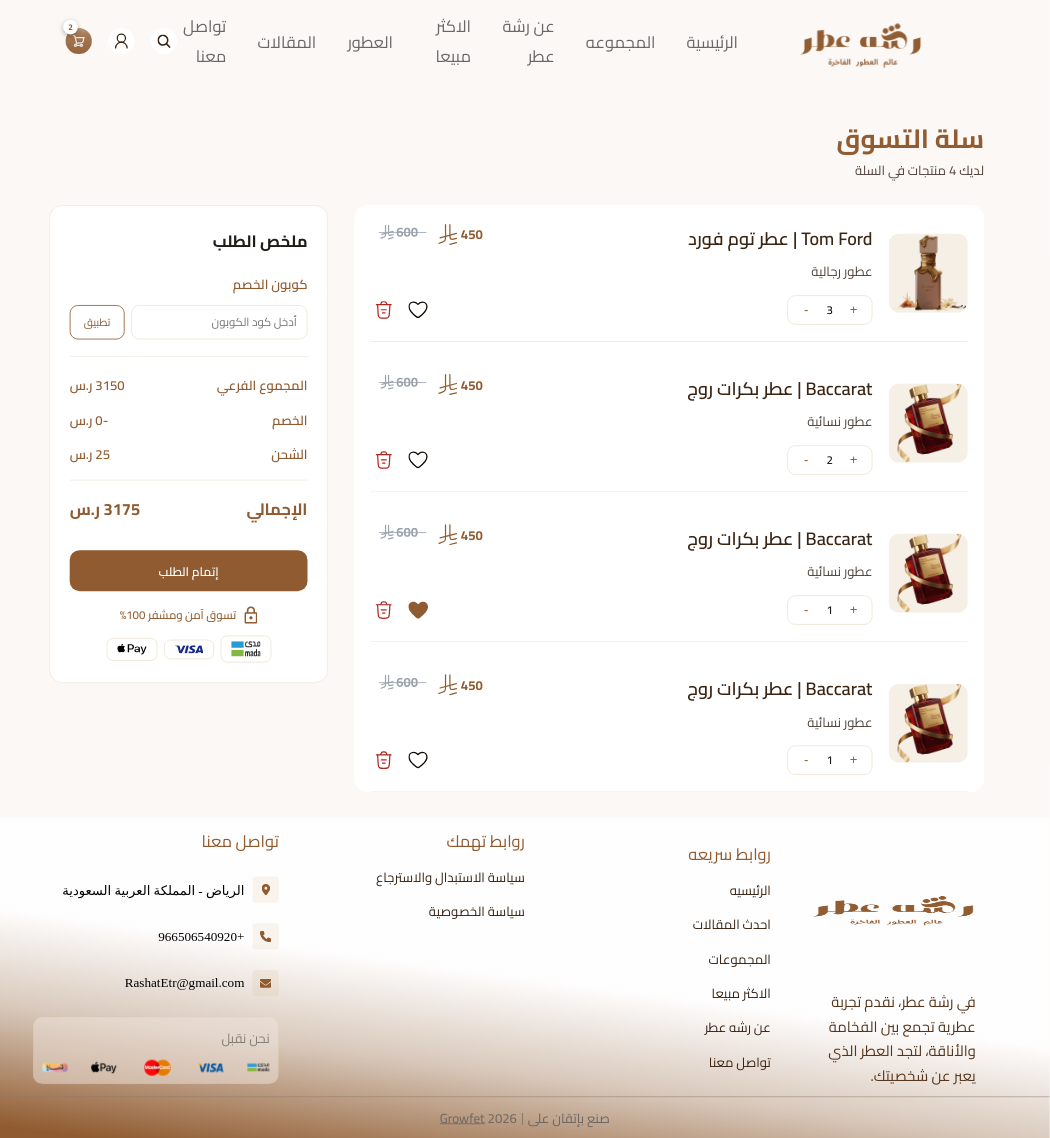
Repository: mahmoudesh74/rashet-3tr
Page: /ShoppingBasket
An editor plug-in stored every save of this project. The page is shown before and after the next save, followed by the edit.
The browser window is 1280 px wide. The pictures show the whole page, at 82% of full size.
Some web fonts or font styles are not loaded; a fallback is used. The project was rebuilt for these pictures with package versions that can differ from the ones it lists, and the page was loaded fresh each time. Also part of the build but not shown: vite.config.js, src/App.css, src/components/HeaderSection/Header.css, src/components/HeaderSection/Header.jsx, src/components/GroupSection/GroupSection.css, src/components/GroupSection/GroupSection.jsx, src/components/AboutSection/AboutSection.css, src/components/AboutSection/AboutSection.jsx and 35 more. Imported but missing from the stored project, and not drawn on this page: src/assets/vedio.mp4.

Above is the page before, as saved 2026-09-29 00:09:22.

### index.html
<!doctype html>
<html lang="ar" dir="rtl">
  <head>
    <meta charset="UTF-8" />
    <link rel="icon" type="image/svg+xml" href="/favicon.svg" />
    <meta name="viewport" content="width=device-width, initial-scale=1.0" />
    <title>rashet-3tr</title>
    <link rel="preconnect" href="https://fonts.googleapis.com">
<link rel="preconnect" href="https://fonts.gstatic.com" crossorigin>
<link href="https://fonts.googleapis.com/css2?family=Be+Vietnam+Pro:ital,wght@0,100;0,200;0,300;0,400;0,500;0,600;0,700;0,800;0,900;1,100;1,200;1,300;1,400;1,500;1,600;1,700;1,800;1,900&family=Cairo:wght@200..1000&family=IBM+Plex+Sans:ital,wght@0,100..700;1,100..700&family=Kameron:wght@400..700&family=Noto+Rashi+Hebrew:wght@100..900&family=Plus+Jakarta+Sans:ital,wght@0,200..800;1,200..800&family=Roboto:ital,wght@0,100..900;1,100..900&family=Tajawal:wght@200;300;400;500;700;800;900&display=swap" rel="stylesheet">
    <link rel="preconnect" href="https://fonts.googleapis.com">
<link rel="preconnect" href="https://fonts.gstatic.com" crossorigin>
<link href="https://fonts.googleapis.com/css2?family=Be+Vietnam+Pro:ital,wght@0,100;0,200;0,300;0,400;0,500;0,600;0,700;0,800;0,900;1,100;1,200;1,300;1,400;1,500;1,600;1,700;1,800;1,900&family=Cairo:wght@200..1000&family=IBM+Plex+Sans:ital,wght@0,100..700;1,100..700&family=Kameron:wght@400..700&family=Noto+Rashi+Hebrew:wght@100..900&family=Plus+Jakarta+Sans:ital,wght@0,200..800;1,200..800&display=swap" rel="stylesheet">
    <link rel="preconnect" href="https://fonts.googleapis.com">
<link rel="preconnect" href="https://fonts.gstatic.com" crossorigin>
<link href="https://fonts.googleapis.com/css2?family=Be+Vietnam+Pro:ital,wght@0,100;0,200;0,300;0,400;0,500;0,600;0,700;0,800;0,900;1,100;1,200;1,300;1,400;1,500;1,600;1,700;1,800;1,900&family=Cairo:wght@200..1000&family=IBM+Plex+Sans:ital,wght@0,100..700;1,100..700&family=Kameron:wght@400..700&display=swap" rel="stylesheet">
 <link rel="preconnect" href="https://fonts.googleapis.com">
<link rel="preconnect" href="https://fonts.gstatic.com" crossorigin>
<link href="https://fonts.googleapis.com/css2?family=Be+Vietnam+Pro:ital,wght@0,100;0,200;0,300;0,400;0,500;0,600;0,700;0,800;0,900;1,100;1,200;1,300;1,400;1,500;1,600;1,700;1,800;1,900&family=Cairo:wght@200..1000&family=IBM+Plex+Sans:ital,wght@0,100..700;1,100..700&family=Kameron:wght@400..700&family=Plus+Jakarta+Sans:ital,wght@0,200..800;1,200..800&display=swap" rel="stylesheet">
</head>
  <body>
    <div id="root"></div>
    <script type="module" src="/src/main.jsx"></script>
  </body>
</html>

### src/main.jsx
import React from "react";
import ReactDOM from "react-dom/client";
import { BrowserRouter } from "react-router-dom";
import App from "./App.jsx";
import "./styles/variables.css";
ReactDOM.createRoot(document.getElementById("root")).render(
  <React.StrictMode>
    <BrowserRouter>
      <App />
    </BrowserRouter>
  </React.StrictMode>
);

### src/App.jsx
import "./App.css";
import HomePage from "./pages/HomePage/homePag";
import NavBar from "./components/NavBar/NavBar";
import Footer from "./components/Footer/Footer";
import { Routes, Route } from "react-router-dom";
import GroupPage from "./pages/GroupPage/GroupPage";
import GroupCatalog from "./pages/groupCatalog/groupCatalog";
import AboutRashetEtr from "./pages/AboutRashetEtr/AboutRashetEtr";
import PrivacyPolicyPage from "./pages/PrivacyPolicy/privacyPolicy"
import PolicyReplace from "./pages/PolicyReplace/PolicyReplace"
import ContactUs from "./pages/ContactUs/ContactUs"
import PerfumePage from "./pages/perfumePage/perfumePage"
import ProductDetailsPage from "./pages/PerfumeDetails/PerfumeDetails"
import ShoppingBasket from "./pages/ShoppingBasket/ShoppingBasket"
function App() {
  return (
    <>
      <NavBar />

      <Routes>
        <Route path="/" element={<HomePage />} />
        <Route path="/GroupPage" element={<GroupPage />} />
        <Route path="/GroupCatalog/:id" element={<GroupCatalog />} />
        <Route path="/AboutRashetEtr" element={<AboutRashetEtr />} />
        <Route path="/PrivacyPolicyPage" element={<PrivacyPolicyPage />} />
        <Route path="/PolicyReplace" element={<PolicyReplace />} />
        <Route path="/ContactUs" element={<ContactUs />} />
        <Route path="/PerfumePage" element={<PerfumePage />} />
        <Route path="/PerfumeDetails" element={<ProductDetailsPage />} />
        <Route path="/ShoppingBasket" element={<ShoppingBasket />} />






      </Routes>

      <Footer />
    </>
  );
}

export default App;

### src/pages/HomePage/homePage.css
*{
  padding: 0;
  margin: 0;
}
.HomePageHader {
  position: relative;
  width: 100%;
  height: 750px;

}

.HeaderBgVideo {
  position: absolute;
  top: 50%;
  left: 50%;
  min-width: 100%;
  min-height: 100%;
  width: auto;
  height: auto;
  transform: translate(-50%, -50%);
  object-fit: cover;
  z-index: -1;
}

.HeaderContent {
  position: relative;
  z-index: 1;
}

### src/components/NavBar/NavBar.module.css
.navbar {
  width: 100%;
  background-color:  #FBF8F5E5;
  height: 100px;

  position: absolute;
  top: 0;
  right: 0;
  left: 0;
  z-index: 100;
}

.container {
  height: 100px;
  display: flex;
  align-items: center;
  justify-content: space-evenly;
  padding-top: 16px;
  padding-bottom: 16px;
  padding-left: 80px;
  padding-right: 80px;
}
.logoImage {
  width: auto;
  height: 300px;
  object-fit: contain;
  scale: crop;
}

.links {
  align-items: center;
  gap: 38px;
  list-style: none;
  margin: 0;
  padding: 0;
}

@media (min-width: 768px) {
  .links {
    display: flex;
  }
}

.link {
  font-size: 20px;
  color: #696767;
  text-decoration: none;
  padding-bottom: 4px;
  font-family: "cairo";
  font-weight: 400;
}



.icons {
  display: flex;
  align-items: center;
  gap: 20px;
  flex-shrink: 0;
}
.search {
  display: flex;
  align-items: center;
  width: 32px;
  height: 32px;
  border-radius: 50%;
  background-color: #FFFFFF;
  justify-content: center;
  cursor: pointer;
}
.profile {
  cursor: pointer;
  display: flex;
  align-items: center;
  width: 32px;
  height: 32px;
  border-radius: 50%;
  background-color: #FFFFFF;
  justify-content: center;
}

.cart {
  position: relative;
  cursor: pointer;
  display: flex;
  align-items: center;
  justify-content: center;
  width: 32px;
  height: 32px;
  border-radius: 50%;
  background: linear-gradient(
    180deg,
    #ba987c 0%,
    #a57956 27.68%,
    #905B30 125.82%
  );
}

.cartCount {
  position: absolute;
  top: -10px;
  left: -3px;
  width: 18px;
  height: 18px;
  display: flex;
  align-items: center;
  justify-content: center;
  border-radius: 50%;
  background: #fff;
  color: #905B30;
  font-size: 10px;
  font-weight: 700;
  font-family: "cairo";
  box-shadow: 0 2px 6px #0000004d;
}
.link {
  position: relative;
  text-decoration: none;
}

.link::after {
  content: "";
  position: absolute;
  bottom: -8px;
  left: 0;
  width: 0;
  height: 3px;
  background-color: #905B30;
  transition: width 0.3s ease;
}

.link:hover::after {
  width: 100%;
}



@media (max-width: 1024px) {
  .navbar,
  .container {
    height: 90px;
  }
  .logoImage {
    height: 220px;
  }
  .links {
    gap: 22px;
  }
  .link {
    font-size: 16px;
  }
}

@media (max-width: 767px) {
  .navbar,
  .container {
    height: 70px;
  }
  .logoImage {
    height: 160px;
  }
  .icons {
    gap: 14px;
  }
  .search,
  .profile,
  .cart {
    width: 28px;
    height: 28px;
  }
}

@media (max-width: 480px) {
  .navbar,
  .container {
    height: 60px;
  }
  .logoImage {
    height: 120px;
  }
}

### src/components/Footer/Footer.css
.Footer {
  width: 100%;
  height: auto;
  background: linear-gradient(7.52deg, #905B30 2.66%, rgba(178, 147, 120, 0.5) 28.7%, rgba(212, 203, 192, 0) 50%),
    linear-gradient(0deg, rgba(251, 248, 245, 0.2), rgba(251, 248, 245, 0.2));
}
.row {
  width: 100%;
  display: flex;
  padding: 10px 40px 10px 40px;
}
.LogoContainer {
  display: flex;
  width: 25%;
  flex-direction: column;
  align-items: center;
  justify-content: center;
}
.LogoContainer img {
  width: 400px;
  height: 200px;
}
.LogoContainer p {
  max-width: 200px;
  font-family: "Cairo";
  font-size: 18px;
  font-weight: 400;
  color: #56371D;
  line-height: 30px;
}
.LinksContainer {
  width: 25%;
  gap: 10px;
  display: flex;
  flex-direction: column;

  justify-content: center;
}
.LinksContainer h3 {
  font-size: 20px;
  font-weight: 400;
  font-family: "Cairo";
  color: #905B30;
}
.LinksContainer a {
  font-size: 16px;
  font-weight: 400;
  color: #3A2413;
  font-family: "Cairo";
  text-decoration: none;
}
.ownLinks {
  width: 25%;
  gap: 10px;
  display: flex;
  flex-direction: column;

}
.ownLinks h3 {
  font-size: 20px;
  font-weight: 400;
  font-family: "Cairo";
  color: #905B30;
}
.ownLinks a {
  font-size: 16px;
  font-weight: 400;
  color: #3A2413;
  font-family: "Cairo";
  text-decoration: none;
}
.contactWithUs {
  width: 25%;
  gap: 25px;
  display: flex;
  flex-direction: column;

}
.contactWithUs h3 {
  font-size: 20px;
  font-weight: 400;
  font-family: "Cairo";
  color: #905B30;
}
.location {
  display: flex;
  align-items: center;
  gap: 10px;
}
.locationIcon {
  display: flex;
  align-items: center;
  justify-content: center;
  width: 32px;
  height: 32px;
  background-color: #C5A0591A;
  border-radius: 4px;
}
.phoneIcon {
  display: flex;
  align-items: center;
  justify-content: center;
  width: 32px;
  height: 32px;
  background-color: #C5A0591A;
  border-radius: 4px;
}


.linkItem {
  display: flex;
  flex-direction: column;
  align-items: flex-start;
  width: fit-content;
}

.FooterLine {
  height: 2px;
  width: 20px;
  background-color: #905B30;
  border-radius: 8px;


  opacity: 0;
  transform: scaleX(0);
  transform-origin: right;
  transition: opacity 0.2s ease, transform 0.2s ease;
}

.linkItem:hover .FooterLine {
  opacity: 1;
  transform: scaleX(1);
}
.makeby{
    align-items: center;
    justify-content: center;
    display: flex;
    border-top: 1px solid #8A7A6A80;

   padding: 10px 0 10px 0;
    gap: 5px;
    color: #6B6764;

}
.makeby p{
    font-size: 16px ;
    font-weight: 400;
    font-family: "Cairo";
    color: #6B6764;
}
.payed{
    height:82px;
    width: 100%;
    background-color: #EFE6DD80;
    border: 1px solid #C5A0591A;
    border-radius: 12px;

}
.payed p{
  margin: 0;
  padding: 10px;
    font-family: "Cairo";
    font-size: 16px;
    font-weight: 400;
    color: #2D292680;
}
.payrow {
    display: flex;
    justify-content: space-between;
    gap: 20px;
    padding: 0 10px 0 10px;
}

### src/pages/ShoppingBasket/ShoppingBasket.css
.cart-page {
    margin-top: 100px;
    padding: 50px 80px 31px 60px;
    direction: rtl;
    font-family: "Cairo";
    color: #1a1a1a;
    background-color: #FBF8F5;
}

.cart-page-header {
  margin-bottom: 28px;
}

.cart-page-header h1 {
  margin: 0 0 6px;
  font-size: 32px;
  font-weight: 700;
  font-family: "Cairo";
  line-height: 36px;
  color: #915C32;
}

.cart-page-header p {
  margin: 0;
  font-size: 16px;
  font-weight: 400;
  font-family: "Cairo";
  color: #51443C;
}

.cart-page-layout {
  display: grid;
  grid-template-columns:  1fr 340px;
  gap: 32px;
  align-items: start;
}

/* ---------- Order summary ---------- */
.cart-summary {
  background: #ffffff;
  border: 1px solid #f0e9df;
  border-radius: 16px;
  padding: 24px;
  position: sticky;
  top: 140px;
}

.cart-summary-title {
  margin: 0 0 20px;
  font-size: 20px;
  font-weight: 700;
  color: #1e1b18;
}

.cart-coupon {
  padding-bottom: 20px;
  margin-bottom: 20px;
  border-bottom: 1px solid #f0e9df;
}

.cart-coupon-label {
  display: block;
  font-size: 16px;
  font-weight: 600;
  font-family: "Cairo";
  color: #905B30;
  margin-bottom: 10px;
}

.cart-coupon-input-row {
  display: flex;
  gap: 8px;
}

.cart-coupon-input-row input {
  flex: 1;
  height: 42px;
  border-radius: 10px;
  border: 1px solid #ede4d3;
  padding: 0 12px;
  font-family: "Cairo";
  font-size: 14px;
  outline: none;
}

.cart-coupon-input-row button {
  height: 42px;
  padding: 0 16px;
  border-radius: 10px;
  border: 1px solid #905b30;
  background: #ffffff;
  color: #905b30;
  font-family: "Cairo";
  font-size: 13px;
  cursor: pointer;
}

.cart-coupon-applied {
  display: flex;
  align-items: center;
  gap: 8px;
  height: 42px;
  border-radius: 10px;
  border: 1px solid #ede4d3;
  padding: 0 12px;
  font-family: "Cairo";
  font-size: 14px;
  color: #1a1a1a;
}

.cart-coupon-remove {
  border: none;
  background: transparent;
  color: #9ca3af;
  font-size: 18px;
  cursor: pointer;
  line-height: 1;
}

.cart-coupon-success {
  display: flex;
  align-items: center;
  gap: 6px;
  margin: 10px 0 0;
  font-size: 12px;
  color: #905b30;
}

.cart-coupon-error {
  margin: 10px 0 0;
  font-size: 12px;
  color: #d9534f;
}

.cart-summary-rows {
  display: flex;
  flex-direction: column;
  gap: 12px;
  margin-bottom: 16px;
}

.cart-summary-row {
  display: flex;
  align-items: center;
  justify-content: space-between;
  font-size: 14px;
}

.cart-summary-label {
 font-family: "Cairo";
 font-size: 16px;
 font-weight: 600;
 color: #905B30;
}

.cart-summary-value {
 font-family: "Cairo";
 font-size: 16px;
 font-weight: 600;
 color: #905B30;
 line-height: 24px;
}

.cart-summary-value--discount {
  color: #905B30;
}

.cart-summary-total {
  display: flex;
  align-items: center;
  justify-content: space-between;
  padding: 16px 0;
  margin-bottom: 16px;
  border-top: 1px solid #f0e9df;
}

.cart-summary-total-label {
   font-size: 20px;
  font-weight: 700;
  font-family: "Cairo";
  color: #905b30;
}

.cart-summary-total-value {
  font-size: 20px;
  font-weight: 700;
  font-family: "Cairo";
  color: #905b30;
}

.cart-checkout-btn {
  width: 100%;
  height: 50px;
  border-radius: 12px;
  border: none;
  background: #905b30;
  color: #ffffff;
  font-family: "Cairo";
  font-size: 15px;
  font-weight: 600;
  cursor: pointer;
  margin-bottom: 16px;
}

.cart-checkout-btn:hover {
  background: #7c4d27;
}

.cart-checkout-btn:disabled {
  opacity: 0.5;
  cursor: not-allowed;
}

.cart-secure-text {
  text-align: center;
  display: flex;
  justify-content: center;
  gap: 10px;
  font-size: 14px;
  font-weight: 500;
  color: #905B30;
  margin: 0 0 12px;
}

.cart-payment-badges {
  display: flex;
  align-items: center;
  justify-content: center;
  gap: 8px;
}

.cart-payment-badge {
    align-items: center;
    justify-content: center;
    display: flex;
  padding: 6px 12px;
  border-radius: 8px;
  border: 1px solid #ede4d3;


}

/* ---------- Cart items list ---------- */
.cart-items-list {
  display: flex;
  flex-direction: column;
  gap: 16px;
  border-radius: 16px;
  background-color: #ffffff;
}

.cart-empty-text {
  text-align: center;
  color: #9ca3af;
  padding: 60px 0;
}

.cart-item {
     display: flex;
    align-items: center;
    gap: 20px;
    background: #ffffff;
    border-top-left-radius: 16px;
    border-top-right-radius: 16px;
    margin: 0px 20px 0px 20px;
    border-bottom: 1px solid #f0e9df;
    padding: 20px 0px 20px 0px;
}


.cart-item-image {
  width: 96px;
  height: 96px;
  border-radius: 12px;
  overflow: hidden;
  background: #f5efe6;
  flex-shrink: 0;
}

.cart-item-image img {
  width: 100%;
  height: 100%;
  object-fit: cover;
}

.cart-item-content {
  flex: 1;
  display: flex;
  flex-direction: column;
  gap: 14px;
  min-width: 0;
}

.cart-item-top {
  display: flex;
  align-items: flex-start;
  justify-content: space-between;
  gap: 12px;
}

.cart-item-names h3 {
  margin: 0 0 4px;
  font-size: 22px;
  font-weight: 600;
  font-family: "Cairo";
  color: #3A2413;
}

.cart-item-names span {
  font-size: 16px;
  font-weight: 400;
  font-family: "Cairo";
  color: #51443C;
}

.cart-item-price {
  display: flex;
  align-items: center;
  justify-content: center;
  gap: 8px;
  flex-shrink: 0;
}

.cart-item-old-price {
  font-size: 13px;
  color: #9ca3af;
  text-decoration: line-through;
}

.cart-item-new-price {
  font-size: 16px;
  font-weight: 700;
  color: #905b30;
  display: flex;
  align-items: center;
  justify-content: center;
}

.cart-item-bottom {
  display: flex;
  align-items: center;
  justify-content: space-between;
}

.cart-item-qty {
  display: flex;
  align-items: center;
  gap: 12px;
  border: 1px solid #ede4d3;
  border-radius: 10px;
  padding: 4px 12px;
}

.cart-item-qty button {
  width: 20px;
  height: 20px;
  border: none;
  background: transparent;
  color: #905b30;
  font-size: 16px;
  line-height: 1;
  cursor: pointer;
  display: flex;
  align-items: center;
  justify-content: center;
}

.cart-item-qty span {
  font-size: 14px;
  font-weight: 600;
  min-width: 14px;
  text-align: center;
}

.cart-item-actions {
  display: flex;
  align-items: center;
  gap: 10px;
}

.cart-item-fav,
.cart-item-remove {
  width: 32px;
  height: 32px;
 border: none;
 background: none;

  display: flex;
  align-items: center;
  justify-content: center;
  cursor: pointer;
}

.cart-item-fav img,
.cart-item-remove img {
  width: 24px;
  height: 24px;
}

.cart-item-fav.is-active {
  border-color: #905b30;
}

/* ---------- Responsive ---------- */
@media (max-width: 1024px) {
  .cart-page {
    padding: 0 24px 60px;
  }
  .cart-page-layout {
    grid-template-columns: 1fr;
  }
  .cart-summary {
    position: static;
    order: 2;
  }
  .cart-items-list {
    order: 1;
  }
}

@media (max-width: 600px) {
  .cart-item {
    flex-direction: column;
    align-items: stretch;
  }
  .cart-item-image {
    width: 100%;
    height: 160px;
  }
}

### src/pages/LoginPage/LoginPage.css
* {
  box-sizing: border-box;
}

.login-card {
  position: relative;
  background: #FFFFFF;
  width: 100%;
  border-radius: 20px;
  padding: 48px 44px;
}

.login-close {
  position: absolute;
  top: 16px;
  left: 16px;
  width: 32px;
  height: 32px;
  border-radius: 50%;
  border: none;
  background: #f3ede1;
  color: #6b6258;
  font-size: 20px;
  line-height: 1;
  cursor: pointer;
  display: flex;
  align-items: center;
  justify-content: center;
  transition: background 0.15s ease;
}

.login-close:hover {
  background: #e4dccb;
}

.login-title {
  font-size: 24px;
  font-weight: 700;
  font-family: "Cairo";
  color: #3a2413;
  text-align: center;
  margin: 0;
}

.login-subtitle {
  text-align: center;
  color: #717182;
  font-size: 16px;
  font-weight: 400;
  font-family: "SF Pro";
  margin-top: 8px;
  margin-bottom: 32px;
}

.google-btn {
  width: 100%;
  display: flex;
  align-items: center;
  justify-content: center;
  gap: 10px;
  padding: 14px;
  border: 2px solid #1a71f6;
  border-radius: 12px;
  background: #FFFFFF;
  color: #1a71f6;
  font-family: "Plus Jakarta Sans";
  font-size: 14px;
  font-weight: 700;
  cursor: pointer;
  transition: background 0.15s ease;
}

.divider {
  display: flex;
  align-items: center;
  gap: 14px;
  margin: 28px 0;
  color: #323130;
  font-size: 12px;
  font-weight: 700;
  font-family: "Plus Jakarta Sans";
}

.divider-line {
  flex: 1;
  height: 0.5px;
  background: #1a71f6;
}

.field {
  margin-bottom: 20px;
}

.field-label {
  display: block;
  font-size: 14px;
  font-weight: 700;
  color: #323130;
  font-family: "Plus Jakarta Sans";
  margin-bottom: 8px;
}

.text-input {
  width: 100%;
  padding: 14px 16px;
  border: 1.6px solid #d1d1d1;
  border-radius: 16px;
  font-family: "Plus Jakarta Sans";
  font-size: 14px;
  font-weight: 400;
  color: #333333;
  background: #FFFFFF;
  outline: none;
  transition: border-color 0.15s ease;
}

.text-input:focus {
  border-color: #a8642f;
}

.text-input::placeholder {
  color: #737373;
  font-family: "Plus Jakarta Sans";
  font-weight: 400;
  font-size: 14px;
}

.password-wrap {
  position: relative;
}

.password-wrap .text-input {
  padding-left: 44px;
}

.toggle-eye {
  position: absolute;
  left: 14px;
  top: 50%;
  transform: translateY(-50%);
  background: none;
  border: none;
  cursor: pointer;
  color: #6b6258;
  display: flex;
  padding: 0;
}

.toggle-eye svg {
  width: 20px;
  height: 20px;
}

.form-row {
  display: flex;
  align-items: center;
  justify-content: space-between;
  margin-bottom: 28px;
  font-size: 14px;
}

.remember-label {
  display: flex;
  align-items: center;
  gap: 8px;
  color: #333333;
  font-size: 14px;
  font-weight: 700;
  font-family: "Plus Jakarta Sans";
  cursor: pointer;
}

.remember-checkbox {
  width: 17px;
  height: 17px;
  accent-color: #905B30;
  cursor: pointer;
}

.forgot-link {
  color: #1a71f6;
  font-size: 14px;
  font-family: "Plus Jakarta Sans";
  font-weight: 700;
}

.forgot-link:hover {
  text-decoration: underline;
}

.submit-btn {
  width: 100%;
  padding: 15px;
  border: none;
  border-radius: 12px;
  background: #905B30;
  color: #FFFFFF;
  font-family: "Plus Jakarta Sans";
  font-size: 14px;
  font-weight: 700;
  cursor: pointer;
  transition: background 0.15s ease;
}

.submit-btn:hover {
  background: #8b5024;
}

.footer-text {
  text-align: center;
  margin-top: 22px;
  font-size: 14px;
  font-family: "Plus Jakarta Sans";
  font-weight: 400;
  color: #323130;
}





/* Responsive */
@media (max-width: 600px) {
  .login-card {
    padding: 32px 24px;
    border-radius: 16px;
  }

  .login-title {
    font-size: 24px;
  }

  .login-subtitle {
    font-size: 14px;
    margin-bottom: 24px;
  }

  .google-btn {
    padding: 12px;
    font-size: 14px;
  }

  .text-input {
    padding: 12px 14px;
    font-size: 14px;
  }

  .password-wrap .text-input {
    padding-left: 40px;
  }

  .form-row {
    flex-wrap: wrap;
    gap: 10px;
  }

  .submit-btn {
    padding: 13px;
    font-size: 15px;
  }
}

@media (max-width: 360px) {
  .login-card {
    padding: 24px 18px;
  }

  .login-title {
    font-size: 21px;
  }
}

Loaded but not shown: src/pages/ShoppingBasket/ShoppingBasket.jsx (289 lines, source omitted); src/components/Footer/Footer.jsx (169 lines, source omitted); src/components/NavBar/NavBar.jsx (173 lines, source omitted)

After the next save:
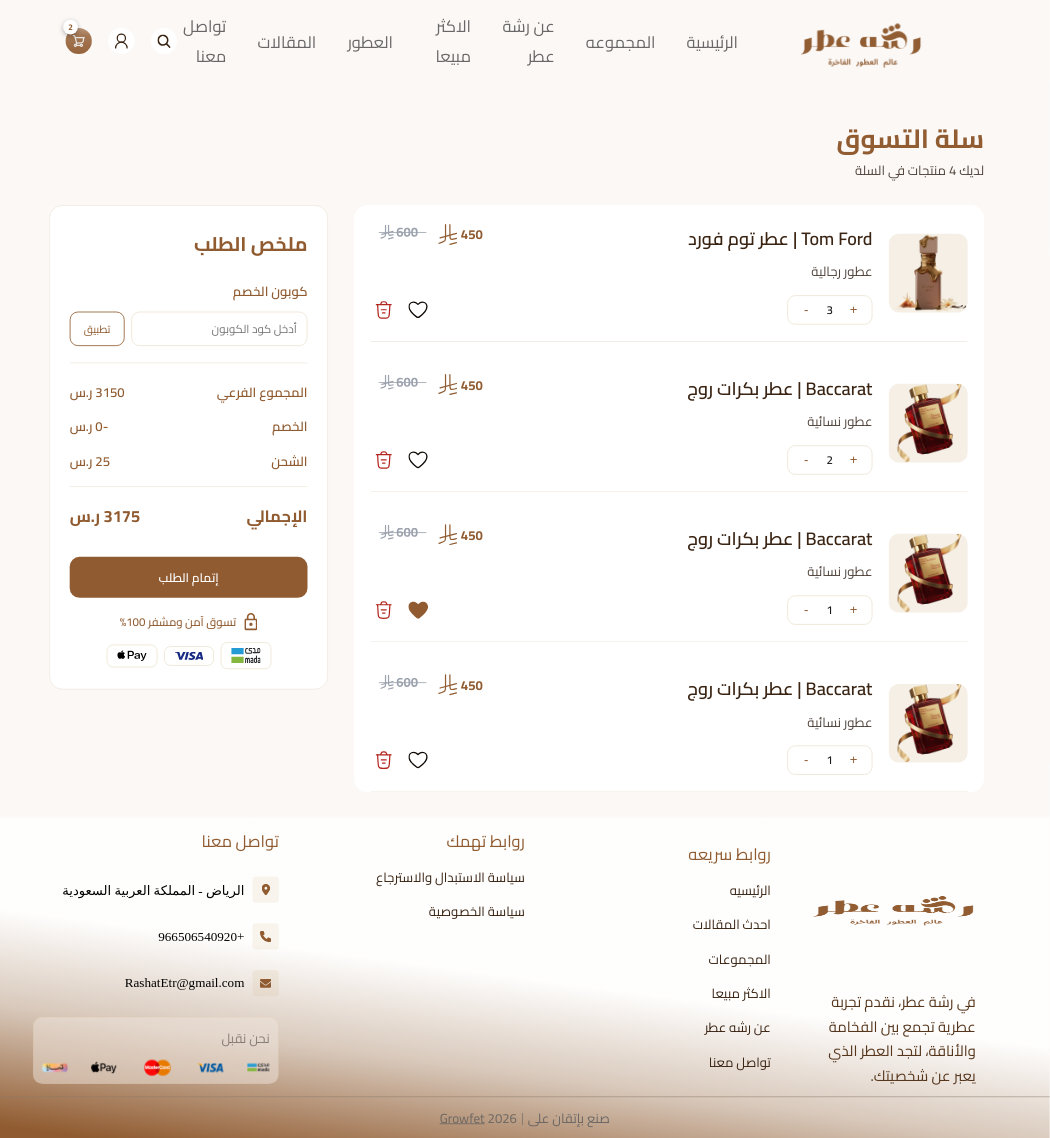
Saved 96 s later.
--- a/src/pages/ShoppingBasket/ShoppingBasket.css
+++ b/src/pages/ShoppingBasket/ShoppingBasket.css
@@ -47,9 +47,10 @@
 
 .cart-summary-title {
   margin: 0 0 20px;
-  font-size: 20px;
+  font-size: 24px;
+  font-family: "Cairo";
   font-weight: 700;
-  color: #1e1b18;
+  color: #905B30;
 }
 
 .cart-coupon {
